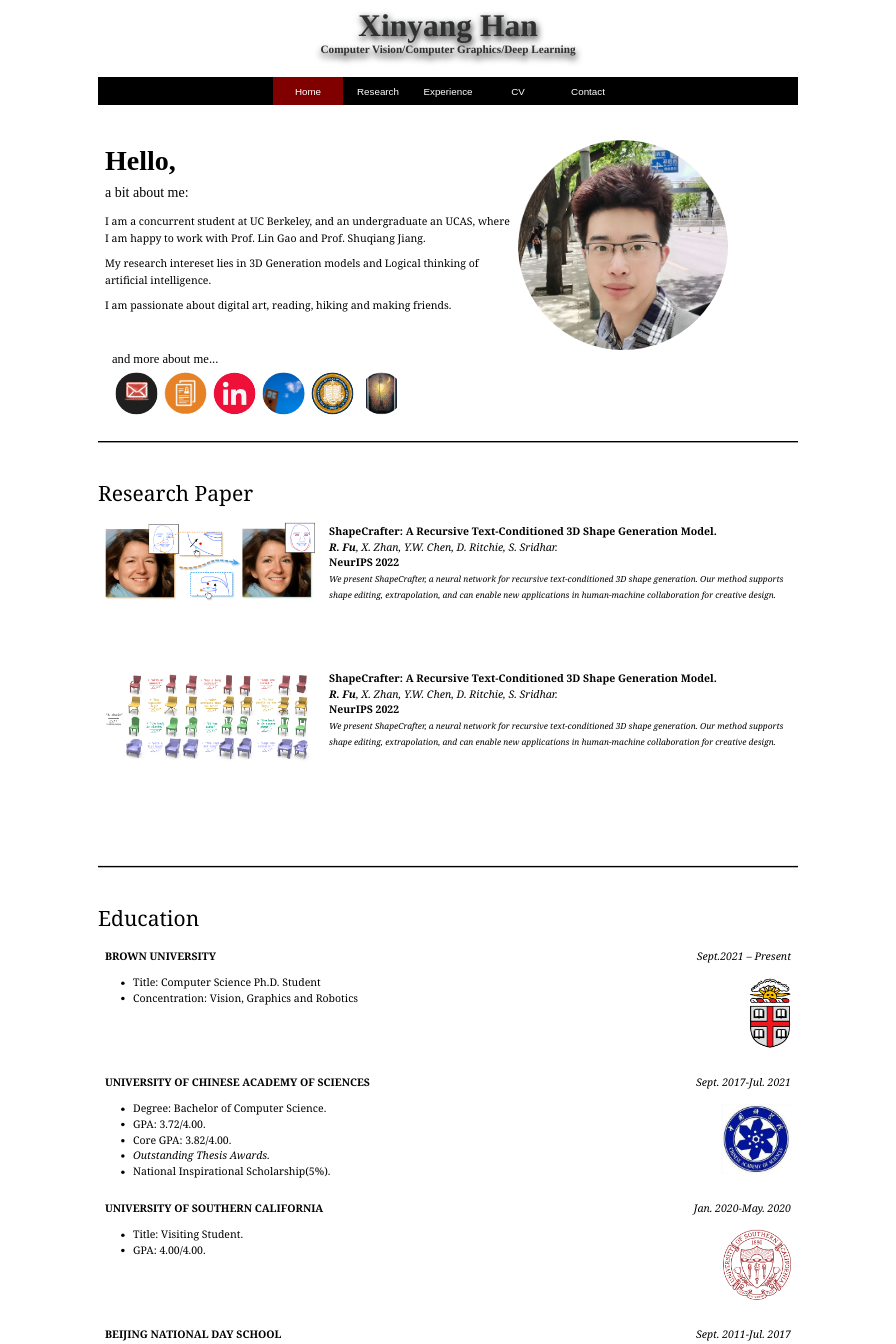
Repository: XinyangHan/XinyangHan.github.io
Page: index.html
The author's editor kept a copy of each file at every save. The page is drawn from the files as they stood at one save, then again after a run of saves.
The browser window is 1280 px wide. The pictures show the part of the page from y = 0 to 1920 px (the page is 3473 px tall), at 70% of full size.

Above is the page before, as saved 2023-02-11 14:12:08.
Console error (its wording comes from the project's code and is left out).

### index.html
<!DOCTYPE html>
<html>

<head>
	<meta charset="utf-8">
	<meta name="keywords" content="Rao FU, Rao FU, Rao Fu Homepage, Rao Fu Webpage, Rao Fu UCAS, Rao Fu Brown">
	<meta name="description" content="Rao FU's homepage">
	<meta name="viewport" content="width=device-width, initial-scale=1">
	<title>Rao FU | Homepage</title>
	<link href="style.css" rel="stylesheet" />
	<style>
	</style>



</head>

<body>
<!-------------------------------------------------- Header -------------------------------------------------->
<div id="header">
	<h1> Xinyang Han </h1>
	<h2>Computer Vision/Computer Graphics/Deep Learning</h2>
</div><!-- Header -->

<!-------------------------------------------------- Navbar -------------------------------------------------->
<div id="nav-wrapper">
<div id="nav">
			<button class="btn active" onclick="window.location.href = './index.html#content_home';">Home</button>
			<button class="btn" onclick="window.location.href = './index.html#content_project';">Research</button>
			<button class="btn" onclick="window.location.href = './index.html#content_exp';">Experience</button>
			<button class="btn" onclick="window.location.href = './resource/My_CV.pdf'; target='_blank'; ">CV</button>
			<button class="btn" onclick="window.location.href = './index.html#c_contact_biography';">Contact</button>
			<!-- <a href="./index.html#content_home" class="active">Home</a>  -->
			<!-- <a href="./index.html#content_project">Research</a> -->
			<!-- <a href="./index.html#content_exp">Experience</a> -->
			<!-- <a href="./resource/MY_CV.pdf">CV</a> -->
			<!-- <a href="./index.html#c_contact_biography">Contact</a> -->
</div> <!-- #nav -->
</div>

<!-------------------------------------------------- Script -------------------------------------------------->
<script>
	// Get the container element
	var btnContainer = document.getElementById("nav");

	// Get all buttons with class="btn" inside the container
	var btns = btnContainer.getElementsByClassName("btn");

	// Loop through the buttons and add the active class to the current/clicked button
	for (var i = 0; i < btns.length; i++) {
	btns[i].addEventListener("click", function() {
		var current = document.getElementsByClassName("active");
		current[0].className = current[0].className.replace(" active", "");
		this.className += " active";
	});
	}
</script>

<!-------------------------------------------------- Content Home-------------------------------------------------->
<div class="content"  id="content_home">

	<div class="c_home_wrapper">
		<div id="c_biography">
			<strong id="c_font1">Hello,</strong><br>
			<span class="c_font2">a bit about me:</span><br>
			<p class="c_font3">
				I am a concurrent student at UC Berkeley, and an undergraduate an UCAS, where I am happy to work with Prof. Lin Gao and Prof. Shuqiang Jiang.
			</p>
			<p class="c_font3">
				My research intereset lies in 3D Generation models and Logical thinking of artificial intelligence.
			</p>
			<p class="c_font3">
				I am passionate about digital art, reading, hiking and making friends.
			</p>
		</div>

		<div id="c_profile">
			<div class="c_thumbnail">
				<img src="img/round_profile.png" id="buttons" alt="profile_button" >
				<div class="overlay">
					<p>
						勿戳！<br>
						Don't poke my cheeks!<br>
						¡no me toques las mejillas! <br>
						मेरे गाल मत दबाओ! <br>
						আমার গালে খোঁচা দিও না! <br>
						não cutuque minhas bochechas! <br>
						не тыкай меня в щеки! <br>
						私の頬をつつかないで！ <br>
						ਮੇਰੀਆਂ ਗੱਲ੍ਹਾਂ ਨੂੰ ਨਾ ਮਾਰੋ! <br>
						唔好戳我嘅脸颊！<br>
						đừng chọc má tôi!<br>
						నా బుగ్గలు కుట్టకు!<br>
						yanaklarımı dürtme!<br>
						내 뺨을 찌르지 마! <br>
						ne touchez pas mes joues!<br>
						stoß mir nicht in die Wangen!<br>
						என் கன்னங்களை குத்தாதே!<br>
						میرے گالوں کو مت مارو!<br>
						ojo nyocot pipiku!<br>
						non toccarmi le guance!<br>
						لا تكز خدي!<br>
					</p>
				</div>
			</div>
		</div>

		<div id="c_info">
			<!-- <strong id="c_font4">And more</strong><br>
			<strong id="c_font4">about me</strong><br> -->
			<span class="c_font2_1"> and more about me... </span><br>
			<!-- CONTENT TODO -->
			<div class="thumbnail">
				<img src="img/email_icon.jpg" id="button0" alt="email_button" >
				<div class="overlay" onclick="window.location.href = 'hanxinyang20a@mails.ucas.ac.cn';" >
					<p>Email to<br>Say Hi</p>
				</div>
			</div> <!-- .thumbnail -->


			<div class="thumbnail">
				<img src="img/cv_icon.jpg" id="button1" alt="cv_button" >
				<div class="overlay"  onclick="window.location.href='./resource/Xinyang_Han_CV.pdf'; " >
					<p>CV/<br>Resume</p>
				</div>
			</div> <!-- .thumbnail -->

			<!-- <div class="thumbnail">
				<img src="img/gs_icon.png" id="button2" alt="google_button" >
				<div class="overlay" onclick="window.location.href = 'https://scholar.google.com/citations?hl=en&user=VWMWQEcAAAAJ';" >
					<p>Google<br>Scholar</p>
				</div>
			</div>  -->

			<div class="thumbnail">
				<img src="img/linkedin_icon.png" id="button3" alt="lkin_icon" >
				<div class="overlay" onclick="window.location.href = 'https://www.linkedin.com/in/xinyang-han-313bba265/;" >
					<p>LinkedIn<br>Profile</p>
				</div>
			</div> <!-- .thumbnail -->

			<div class="thumbnail">
				<img src="img/ucas_button.png" id="button4" alt="ucas_button" >
				<div class="overlay" onclick="window.location.href = 'https://en.wikipedia.org/wiki/University_of_the_Chinese_Academy_of_Sciences/';" >
					<p>B.E.@<br>UCAS</p>
				</div>
			</div> <!-- .thumbnail -->

			<div class="thumbnail">
				<img src="img/Seal_of_University_of_California,_Berkeley.svg.png" id="button5" alt="brown_button">
				<div class="overlay" onclick="window.location.href = 'https://www.berkeley.edu/';" >
					<p>Exchanging student.@<br>UCB
					</p>
				</div>
			</div> <!-- .thumbnail -->

			<!--<div class="thumbnail">
				<img src="img/cat_icon.jpg" id="button6" alt="cat_button">
				<div class="overlay" onclick="window.location.href = 'https://instagram.com/inocchi_mew?r=nametag';" >
					<p>My Cat<br>Inocchi
					</p>
				</div>
			</div>  .thumbnail -->

			<div class="thumbnail">
				<img src="img/art_icon.jpg" id="button6" alt="art_button">
				<div class="overlay" onclick="window.location.href = './index.html#content_home';" >
					<p>Arts<br>Todo...</p>
				</div>
			</div> <!-- .thumbnail -->

		</div>
	</div><!-- Home Wrapper-->

	<div class="clearfloat"></div>
</div><!-- Content Home-->

<!-------------------------------------------------- Content Project -------------------------------------------------->
<div class="content">

	<div class="c_public_wrapper" id="content_project">
		<div class="c_font1_1">Research Paper</div>

		<div class="c_public">
			<div class="disp_wrapper">
				<!-- <a href="./img/HRFormer.png" data-lightbox="project1" data-title="HRFormer2 Structure"> -->
					<img src="./img/DeepFaceReshaping.png" class="project_img" title="ShapeCrafter Structure">
				<!-- </a> -->
				<!-- <p class="small_font">click image for details</p> -->
			</div>
			<strong>ShapeCrafter: A Recursive Text-Conditioned 3D Shape Generation Model.</strong>
			<br><em><strong>R. Fu</strong>, X. Zhan, Y.W. Chen, D. Ritchie, S. Sridhar. </em>
			<br><strong>NeurIPS 2022</strong></em>
			<br><em class="small_font">We present ShapeCrafter, a neural network for recursive text-conditioned 3D shape generation.
				Our method supports shape editing, extrapolation, and can enable new applications in human-machine collaboration for creative design.</em>
			<!-- <br><a href="https://arxiv.org/abs/2207.09446" class="small_font">[paper]</a>
			<a href="https://ivl.brown.edu/projects/shapecrafter" class="small_font">[project]</a>	-->
		</div>

		<div class="c_public">
			<div class="disp_wrapper">
				<!-- <a href="./img/HRFormer.png" data-lightbox="project1" data-title="HRFormer2 Structure"> -->
					<img src="./img/project_shapecrafter.jpg" class="project_img" title="ShapeCrafter Structure">
				<!-- </a> -->
				<!-- <p class="small_font">click image for details</p> -->
			</div>
			<strong>ShapeCrafter: A Recursive Text-Conditioned 3D Shape Generation Model.</strong>
			<br><em><strong>R. Fu</strong>, X. Zhan, Y.W. Chen, D. Ritchie, S. Sridhar. </em>
			<br><strong>NeurIPS 2022</strong></em>
			<br><em class="small_font">We present ShapeCrafter, a neural network for recursive text-conditioned 3D shape generation.
				Our method supports shape editing, extrapolation, and can enable new applications in human-machine collaboration for creative design.</em>
			<!-- <br><a href="https://arxiv.org/abs/2207.09446" class="small_font">[paper]</a>
			<a href="https://ivl.brown.edu/projects/shapecrafter" class="small_font">[project]</a>	-->
		</div>
	</div>
	<div class="clearfloat"></div>
</div><!-- Content Project-->

<!-------------------------------------------------- Content Experiment-------------------------------------------------->
<div class="content">

	<div class="c_education_wrapper" id="content_exp">
		<div class="c_font1_1">Education</div>

		<div class="c_education">
			<strong>BROWN UNIVERSITY</strong>
			<em class="dates">Sept.2021 – Present</em>
			<div class="clearfloat"></div>
			<div class="logo_wrapper">
				<img class="schoollogo" src="./img/brown_logo.png" alt="BROWN Logo" />
			</div>
			<ul>
			<li>Title: Computer Science Ph.D. Student</li>
			<li>Concentration: Vision, Graphics and Robotics</li>
			</ul>
		</div>

		<div class="c_education">
			<strong>UNIVERSITY OF CHINESE ACADEMY OF SCIENCES</strong>
			<em class="dates">Sept. 2017-Jul. 2021</em>
			<div class="clearfloat"></div>
			<div class="logo_wrapper">
				<img class="schoollogo" src="./img/cas_logo.jpg" alt="CAS Logo" />
			</div>
			<ul>
			<li>Degree: Bachelor of Computer Science.</li>
			<li>GPA: 3.72/4.00.</li>
			<li>Core GPA: 3.82/4.00.</li>
			<li><em>Outstanding Thesis Awards.</em> </li>
			<li><em></em>National Inspirational Scholarship(5%).</em></li>
			</ul>
		</div>

		<div class="c_education">
			<strong>UNIVERSITY OF SOUTHERN CALIFORNIA</strong>
			<em class="dates">Jan. 2020-May. 2020</em>
			<div class="clearfloat"></div>
			<div class="logo_wrapper">
				<img class="schoollogo" src="./img/usc_logo.png" alt="USC Logo" />
			</div>
			<ul>
			<li>Title: Visiting Student.</li>
			<li>GPA: 4.00/4.00.</li>
			</ul>

		</div>

		<div class="c_education">
			<strong>BEIJING NATIONAL DAY SCHOOL</strong>
			<em class="dates">Sept. 2011-Jul. 2017</em>
			<div class="clearfloat"></div>
			<div class="logo_wrapper">
				<img class="schoollogo" src="./img/bnds_logo.png" alt="USC Logo" />
			</div>
			<ul>
			<li>Title: Student.</li>
			<li>GPA: 3.9/4.0.</li>
			</ul>

		</div>
	</div>

	<div class="c_intern_wrapper">
		<div class="c_font1_1">Employment</div>

		<div class="c_intern">
			<strong>Research intern: Autodesk Inc.</strong>
				<em class="dates">May. 2022 – Present</em>
			<br><br><em>Group: AI Lab</em><em class="dates">Toronto, Canada</em>
			<ul>
				<li>Research on Lauguage-guided 3D Shape Generation.</li>
			</ul>
		</div>

		<div class="c_intern">
			<strong>Research intern: Microsoft Research, Asia</strong>
				<em class="dates">Mar. 2021 – July. 2021</em>
			<br><br><em>Group: Speech Group, Visual Computing Group</em><em class="dates">Beijing, China</em>
			<ul>
				<li>Research on High-Resolution Machine Perception Backbone</li>
			</ul>
		</div>

		<div class="c_intern">
			<strong>Research intern: University of California, San Diego</strong>
				<em class="dates">May. 2020 – Nov. 2020</em>
			<br><br><em>Advisor: Prof. Hao Su.</em><em class="dates">San Diego, CA, USA</em>
			<ul>
				<li>Research on Robot Grasping with Two-Finger Grippers.</li>
				<li>Research on Humanoid Robot Grippers.</li>
			</ul>
		</div>

		<div class="c_intern">
				<strong>Research intern: Institute of Computing Technology, CAS.</strong>
					<em class="dates">Jul. 2019 – Nov. 2020</em>
				<br><br><em>Advisor: Prof. Lin Gao</em> <em class="dates">Beijing, China</em>
				<ul>
					<li>Research on Fine-grained 3D Shape Retrieval.</li>
					<li>Research on Talking Head Generation.</li>
				</ul>
		</div>
	</div>

	<div class="clearfloat"></div>

</div><!-- Content Experiment-->

<!-------------------------------------------------- Content Contact-------------------------------------------------->
<div class="content">
	<div class="c_contact_wrapper">
	<!-- 	<div id="c_contact_biography">
			<span class="c_font1_1">Contact me:</span><br>
			<p class="c_font3">
			Email: <a href="mailto:rao_fu@brown.edu">rao_fu@brown.edu</a>
			</p>
			<p class="c_font3">
			Mail: Brown University Box 1910, Providence, RI 02912
			</p>
		</div> -->

		<div id="c_contact_profile">
			<span class="c_font1_1">Buy me a Boba:</span><br>
			<p class="c_font3">
			If you like my homepage and think it's useful, welcome to buy me a Boba via Wechat or Paypal down here:
			</p>
			<div id="c_contact_thumbnail_1">
			</div>
			<div id="c_contact_thumbnail_2">
			</div>
		</div>

		<div class="clearfloat"></div>
	</div><!-- Content Contact Wrapper-->
</div><!-- Content Contact -->


<div class="clearfloat"></div>
<!-------------------------------------------------- Footer -------------------------------------------------->
<div id="footer">
	<!-- <div class="b_thumbnail">
		<img class="b_img" src="img/i3.png" alt="email">
	</div>
	<div class="b_font">
		<a href="mailto:rao_fu@brown.edu">rao_fu@brown.edu</a>
	</div>
	<div class="b_thumbnail">
		<img class="b_img" src="img/i4.png" alt="git">
	</div>
	<div class="b_font">
		<a href="https://github.com/freddierao">github.com/freddierao</a>
	</div>	 -->
	<div class="b_thumbnail">
		<img class="b_img" src="img/i2.png" alt="copyright">
	</div>
	<div class="b_font">
		&copy; 2022 by Rao FU
	</div>
	<div class="clearfloat"></div>
</div><!-- Footer -->
<script>
window.onscroll = function() {myFunction()};

var navbar = document.getElementById("nav-wrapper");
var sticky = navbar.offsetTop;

function myFunction() {
  if (window.pageYOffset >= sticky) {
    navbar.classList.add("sticky")
  } else {
    navbar.classList.remove("sticky");
  }
}
</script>
</body>
</html>

Loaded but not shown: style.css (556 lines, source omitted)

After the next 2 saves:
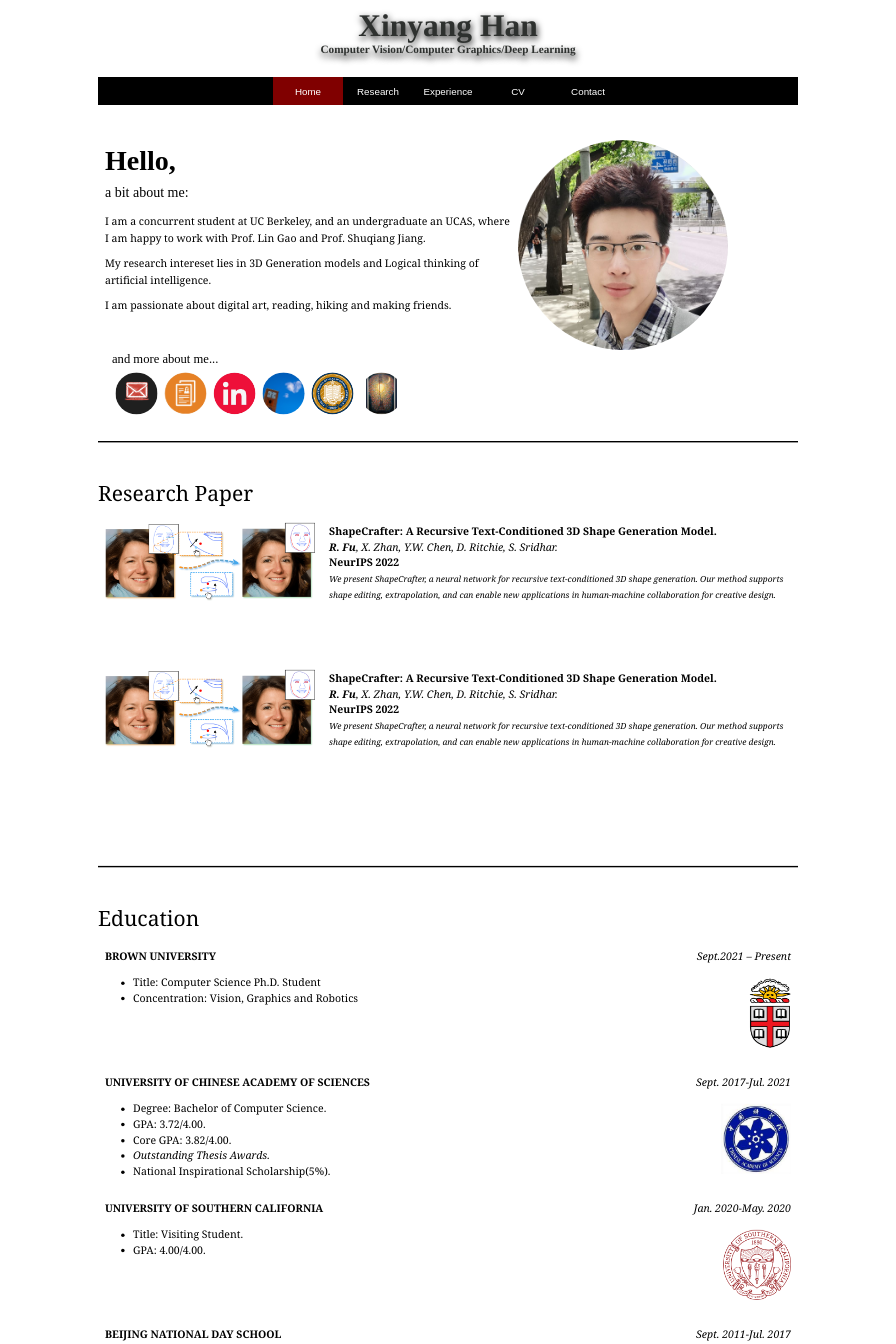
The 2 saves are shown as one change because they came seconds apart.
The last was saved 20 s later.
--- a/index.html
+++ b/index.html
@@ -200,7 +200,7 @@
 		<div class="c_public">
 			<div class="disp_wrapper">
 				<!-- <a href="./img/HRFormer.png" data-lightbox="project1" data-title="HRFormer2 Structure"> -->
-					<img src="./img/project_shapecrafter.jpg" class="project_img" title="ShapeCrafter Structure">
+					<img src="./img/DeepFaceReshaping.png" class="project_img" title="ShapeCrafter Structure">
 				<!-- </a> -->
 				<!-- <p class="small_font">click image for details</p> -->
 			</div>
